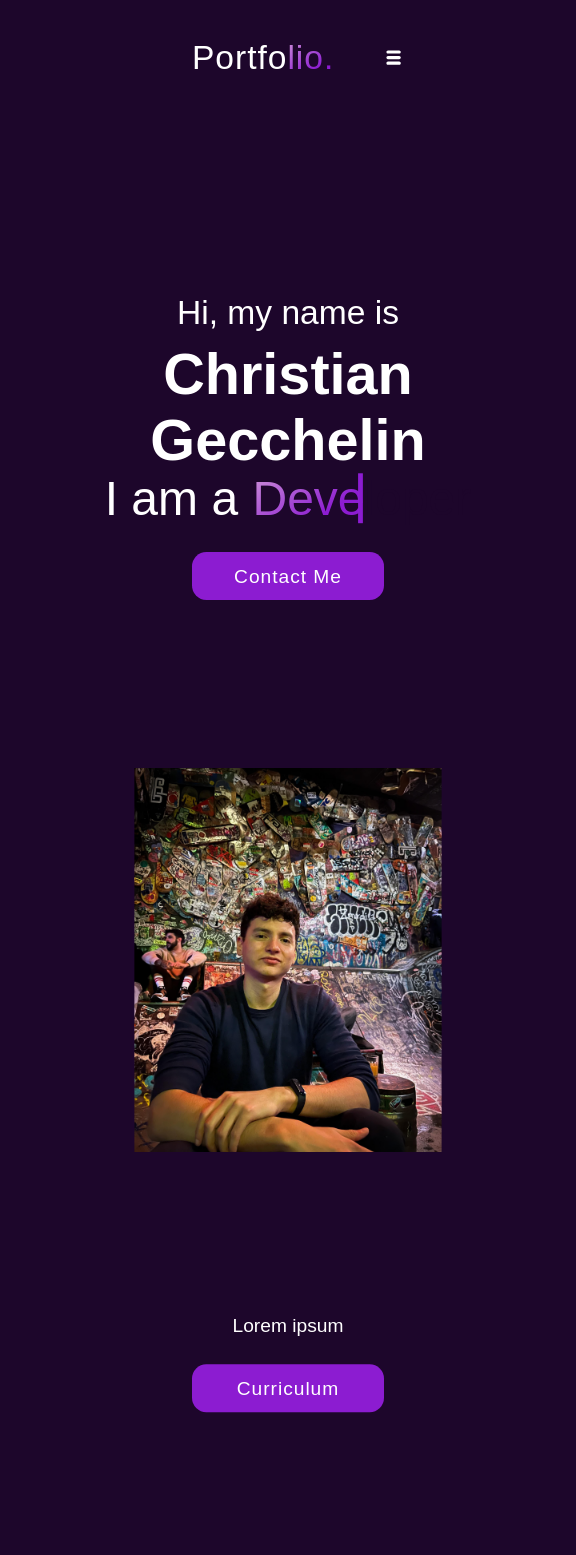
Repository: ChristianGecchelin/portfolio-web
Page: /
These files come from the project's save history. The page is drawn as it stood at one moment and after the next save; the edit follows.
The browser window is 600 px wide. The pictures show the whole page, at 96% of full size.
The project was rebuilt for these pictures with package versions that can differ from the ones it lists, and the page was loaded fresh each time.

Above is the page before, as saved 2022-01-20 23:48:38.

After the next save:
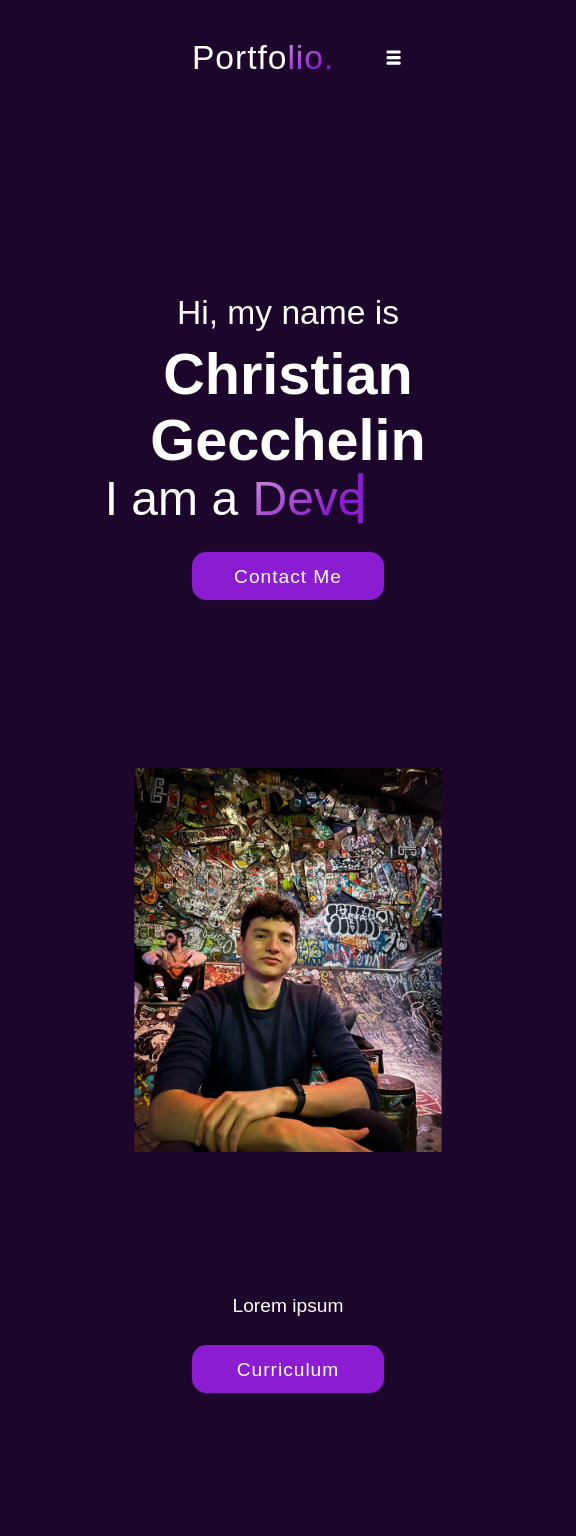
Saved 5 min 0 s later.
--- a/src/AboutMe/AboutMe.css
+++ b/src/AboutMe/AboutMe.css
@@ -48,3 +48,11 @@
   letter-spacing: 1px;
   cursor: pointer;
 }
+@media (max-width: 750px) {
+  .AboutMe-container {
+    gap: 0;
+  }
+  .AboutMe-container .image-container {
+    width: 45%;
+  }
+}
